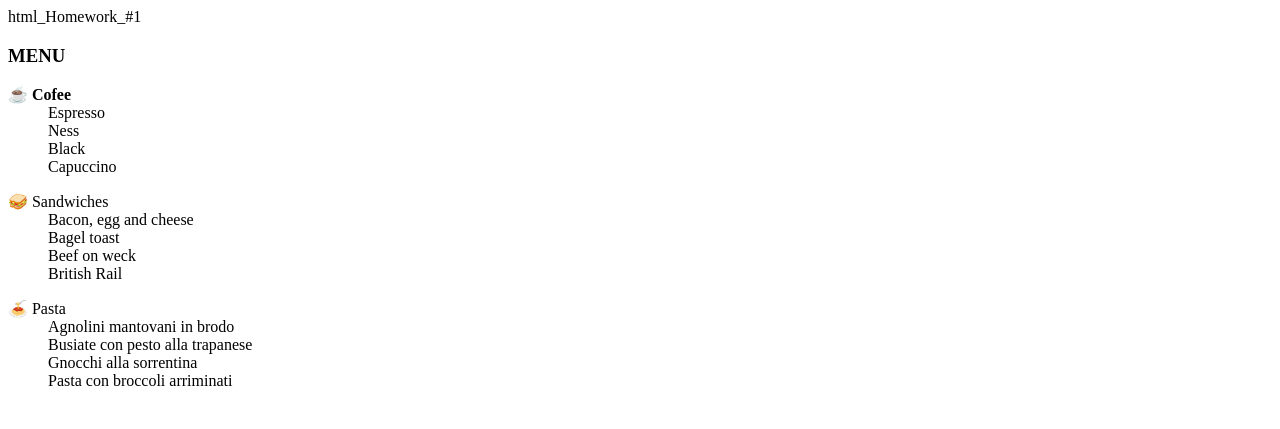
Repository: Julian-Escobar/menu
Page: index.html
The author's editor kept a copy of each file at every save. The page is drawn from the files as they stood at one save, then again after the next save.
The browser window is 1280 px wide. The pictures show the whole page.

Above is the page before, as saved 2018-08-12 20:41:37.

### index.html
<!DOCTYPE HTML>
<html>
  <head>
    html_Homework_#1
  </head>
  <body>
    <h3>MENU</h3>
<dl>
  <dt><B>☕ Cofee</B></dt>
    <dd>Espresso</dd>
    <dd>Ness</dd>
    <dd>Black</dd>
    <dd>Capuccino</dd>
</dl>

<dl>
    <dt>🥪 Sandwiches</dt>
    <dd>Bacon, egg and cheese</dd>
    <dd>Bagel toast	</dd>
    <dd>Beef on weck</dd>
    <dd>British Rail</dd>
</dl>

<dl>
    <dt>🍝 Pasta</dt>
    <dd>Agnolini mantovani in brodo</dd>
    <dd>Busiate con pesto alla trapanese	</dd>
    <dd>Gnocchi alla sorrentina</dd>
    <dd>Pasta con broccoli arriminati</dd>
</dl>

  </body>
</html>

After the next save:
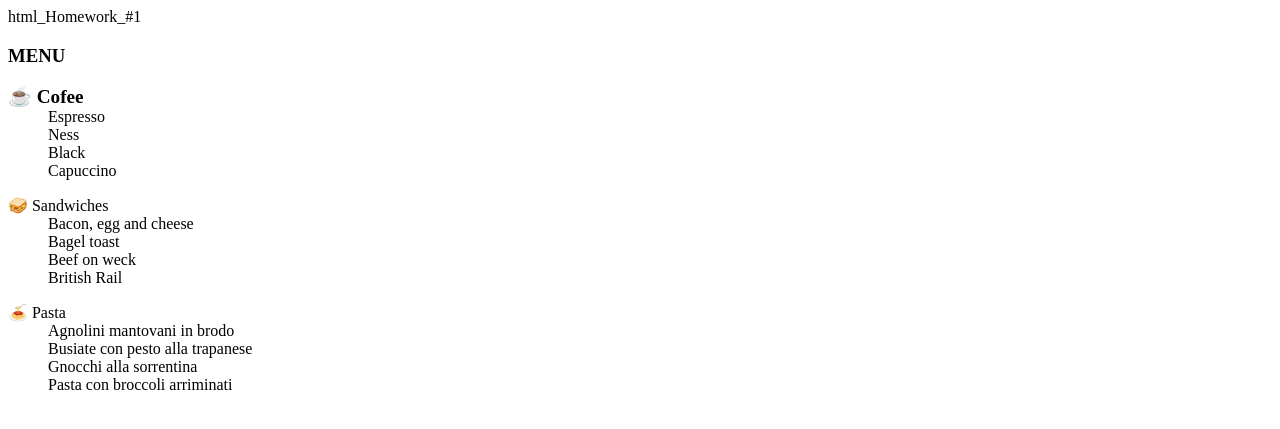
Saved 29 s later.
--- a/index.html
+++ b/index.html
@@ -6,7 +6,7 @@
   <body>
     <h3>MENU</h3>
 <dl>
-  <dt><B>☕ Cofee</B></dt>
+  <dt><B><big>☕ Cofee</big></B></dt>
     <dd>Espresso</dd>
     <dd>Ness</dd>
     <dd>Black</dd>
